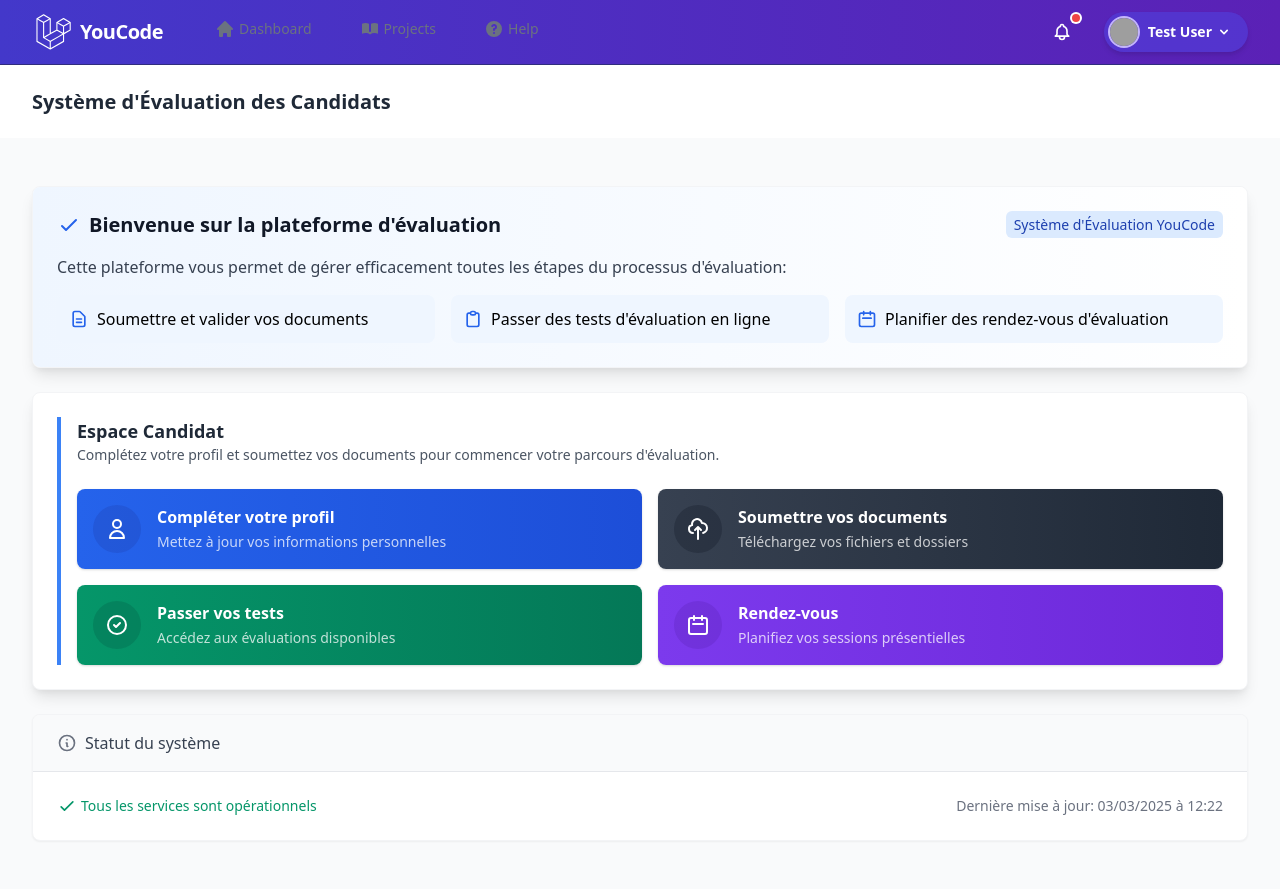
Repository: mohamedm999/Plateforme-de-Tests-d-Acceptation---YouCode-
Page: http://localhost/
These files come from the project's save history. The page is drawn as it stood at one moment and after the next save; the edit follows.
The browser window is 1280 px wide. The pictures show the whole page.
Pictures or frames that could not be fetched are drawn as grey boxes. The page is served by the project's Laravel application, run on PHP 8.4 with Laravel 8. A made-up administrator, Test User (test@example.com), is signed in.

Above is the page before, as saved 2025-03-03 14:38:35.

After the next save:
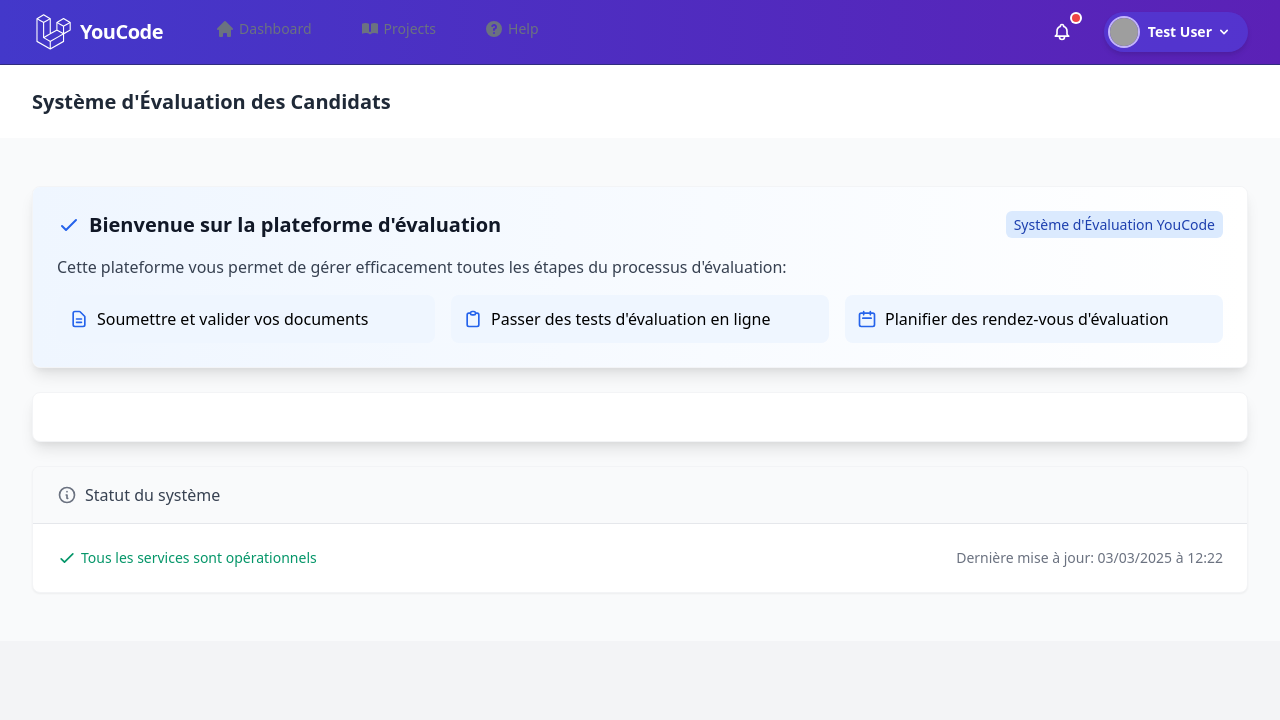
Saved 79 s later.
--- a/projet-evaluation/resources/views/home.blade.php
+++ b/projet-evaluation/resources/views/home.blade.php
@@ -52,7 +52,7 @@
             <!-- Role Specific Actions -->
             <div class="overflow-hidden bg-white border border-gray-100 shadow-lg sm:rounded-lg">
                 <div class="p-6">
-                    @if (auth()->user()->hasRole('admin'))
+                    @if (auth()->user()->hasRole('candidate'))
                         <div class="pl-4 border-l-4 border-blue-500">
                             <h4 class="text-lg font-bold text-gray-800">Espace Candidat</h4>
                             <p class="mb-4 text-sm text-gray-600">Complétez votre profil et soumettez vos documents pour commencer votre parcours d'évaluation.</p>
